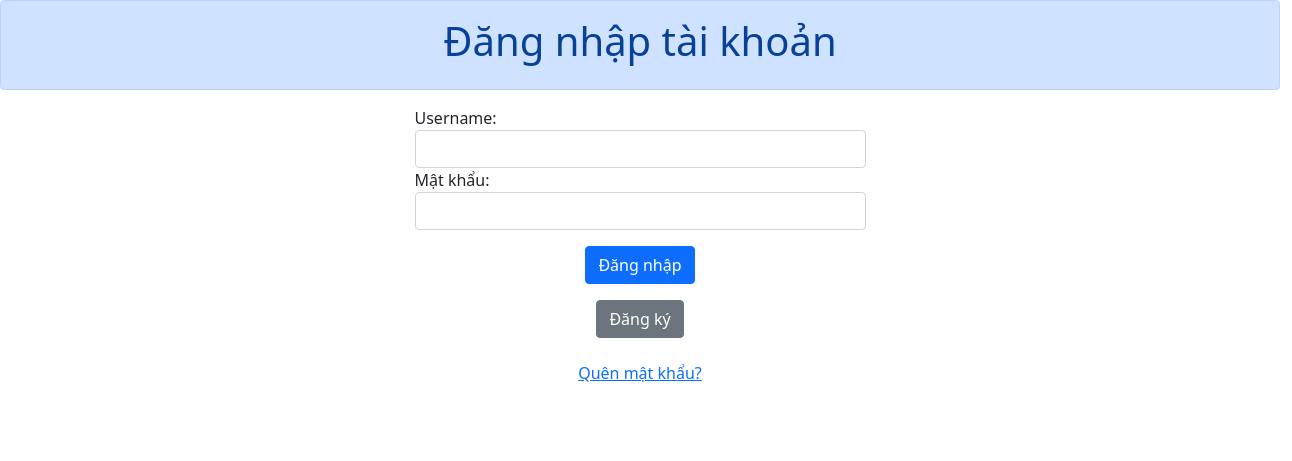
Repository: Carwyn1101/NguyenDinhHongPhuc_22133041
Page: http://localhost/LapTrinhWeb/views/login.jsp
The author's editor kept a copy of each file at every save. The page is drawn from the files as they stood at one save, then again after the next save.
The browser window is 1280 px wide. The page is 1292 px wide, so the pictures cover 1292 px, including what lies to the right of the window. The pictures show the whole page.
The page is served by Tomcat 10. Nobody is signed in. The application's start-up code is not run. Other server files are loaded and not shown.

Above is the page before, as saved 2024-09-16 02:07:06.

### LapTrinhWeb/src/main/webapp/views/login.jsp
<%@ page language="java" contentType="text/html; charset=UTF-8"
	pageEncoding="UTF-8"%>
<%@ taglib prefix="c" uri="http://java.sun.com/jsp/jstl/core"%>
<!DOCTYPE html>
<html>
<head>
<meta charset="UTF-8">
<meta name="viewport" content="width=device-width, initial-scale=1">
<!-- Bootstrap CSS -->
<link
	href="https://cdn.jsdelivr.net/npm/bootstrap@5.0.2/dist/css/bootstrap.min.css"
	rel="stylesheet">
<title>Đăng nhập tài khoản</title>
</head>
<body>
	<header class="row">
		<div class="col">
			<div class="alert alert-primary col" align="center">
				<h1>Đăng nhập tài khoản</h1>
			</div>
		</div>
	</header>

	<div class="container">
		<div class="row justify-content-center">
			<div class="col-12 col-md-5">
				<form action="${pageContext.request.contextPath}/login"
					method="post">
					<c:if test="${alert != null}">
						<label class="alert alert-danger">${alert}</label>
					</c:if>

					<div class="form-group">
						<label for="username">Username:</label> <input type="text"
							id="username" name="username" class="form-control" />
					</div>

					<div class="form-group">
						<label for="password">Mật khẩu: </label> <input type="password"
							id="password" name="password" class="form-control" />
					</div>

					<div class="form-group mt-3" align="center">
						<button type="submit" class="btn btn-primary">Đăng nhập</button>
					</div>

					<div class="form-group mt-3" align="center">
						<button type="button" class="btn btn-secondary"
							onclick="window.location.href='${pageContext.request.contextPath}/register'">Đăng
							ký</button>
					</div>

					<div class="form-group mt-3" align="center">
						<a href="${pageContext.request.contextPath}/forgetPassword"
							class="btn btn-link">Quên mật khẩu?</a>
					</div>

				</form>
			</div>
		</div>
	</div>
</body>
</html>

After the next save:
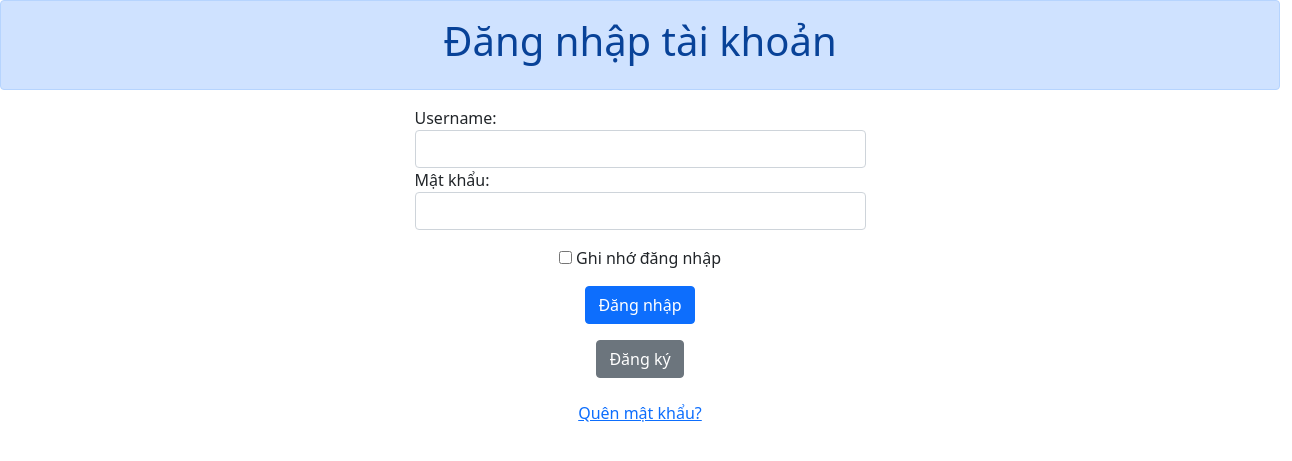
Saved 11 h 44 min later.
--- a/LapTrinhWeb/src/main/webapp/views/login.jsp
+++ b/LapTrinhWeb/src/main/webapp/views/login.jsp
@@ -41,6 +41,11 @@
 					</div>
 
 					<div class="form-group mt-3" align="center">
+						<input type="checkbox" id="remember" name="remember" /> <label
+							for="remember">Ghi nhớ đăng nhập</label>
+					</div>
+
+					<div class="form-group mt-3" align="center">
 						<button type="submit" class="btn btn-primary">Đăng nhập</button>
 					</div>
 
